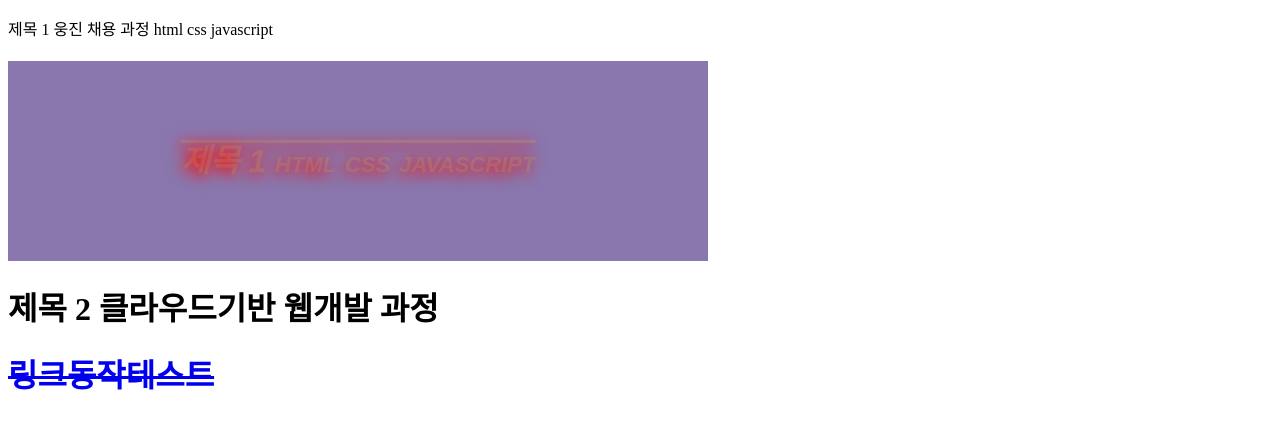
Repository: Kray273/JSLab
Page: css/src/main/webapp/Day97/textstyle.html
The author's editor kept a copy of each file at every save. The page is drawn from the files as they stood at one save, then again after the next save.
The browser window is 1280 px wide. The pictures show the whole page.

Above is the page before, as saved 2022-11-25 05:52:32.

After the next save:
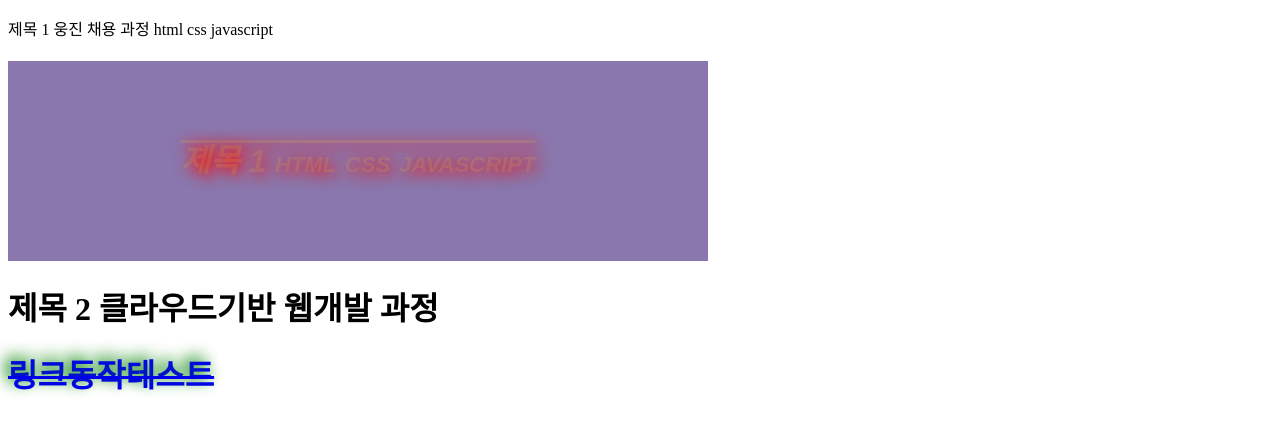
Saved 46 s later.
--- a/css/src/main/webapp/Day97/textstyle.html
+++ b/css/src/main/webapp/Day97/textstyle.html
@@ -29,7 +29,7 @@
 		/* decoration */
 		text-decoration: overline;
 		/* text-shadow: x위치 y위치 음영흐리기 색; */
-		text-shadow: -3px 3px 15px red;
+		text-shadow: 3px 3px 15px red;
 
 	}
 
@@ -40,6 +40,7 @@
 
 	#link {
 		text-decoration: line-through;
+		text-shadow: -5px -5px 15px green;
 		}
 </style>
 </head>
